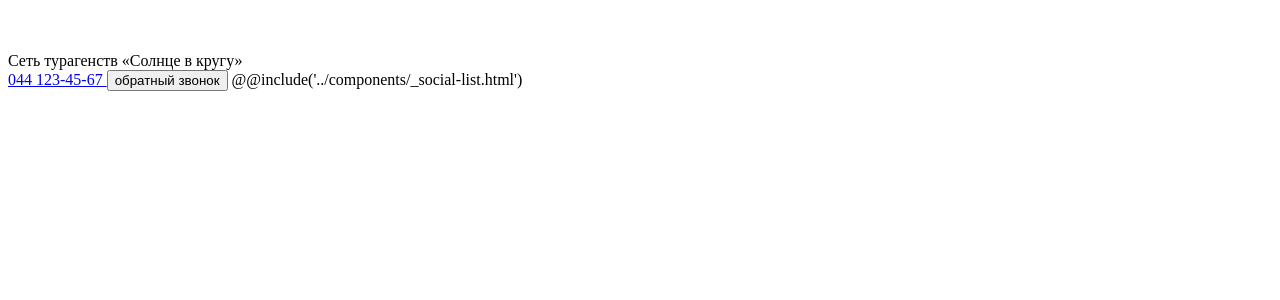
Repository: chekhunov/suntour
Page: app/html/components/_header.html
These files come from the project's save history. The page is drawn as it stood at one moment and after the next save; the edit follows.
The browser window is 1280 px wide. The pictures show the whole page.

Above is the page before, as saved 2021-03-15 15:52:50.

### app/html/components/_header.html
<header class="header">

  <div class="container">

    <div class="header__wrapper">

      <div class="header__inner">

        <a class="logo" href="#body">

          <img class="logo__img" src="/images/logo.png" alt="logo image">

        </a>

        <div class="header__title">

          Сеть турагенств «Солнце в кругу»

        </div>

      </div>

      <div class="header__inner">

        <a class="header__link" href="tel:+38044 123-45-67">
          044 123-45-67
        </a>

        <button class="header__btn">
          обратный звонок
        </button>

        @@include('../components/_social-list.html')

      </div>

    </div>

  </div>

</header>

After the next save:
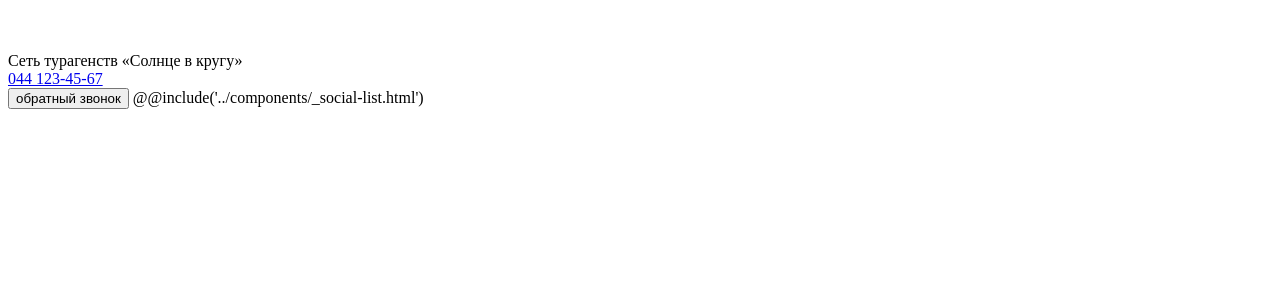
Saved 3 min 26 s later.
--- a/app/html/components/_header.html
+++ b/app/html/components/_header.html
@@ -26,6 +26,12 @@
           044 123-45-67
         </a>
 
+        <div class="backcall">
+
+
+
+        </div>
+
         <button class="header__btn">
           обратный звонок
         </button>
